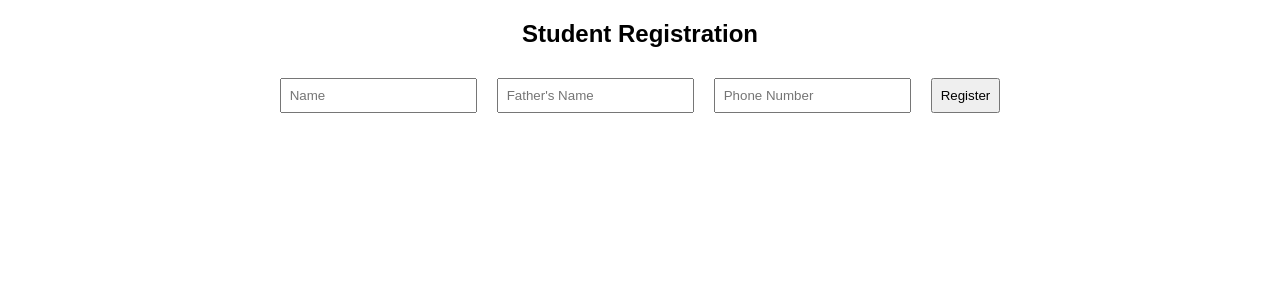
Repository: pripriya09/StudentID-Card-Download
Page: / (app in frontend/)
These files come from the project's save history. The page is drawn as it stood at one moment and after the next save; the edit follows.
The browser window is 1280 px wide. The pictures show the whole page.
The project was rebuilt for these pictures with package versions that can differ from the ones it lists, and the page was loaded fresh each time. Also part of the build but not shown: frontend/vite.config.js.

Above is the page before, as saved 2025-01-07 11:57:06.

### frontend/src/main.jsx
import React from 'react'
import ReactDOM from 'react-dom/client'
// import App from './App'
// import './index.css'
import Form from './Form.jsx'
// import IDCardForm from './copy form/IDCardForm.jsx'

ReactDOM.createRoot(document.getElementById('root')).render(
  <React.StrictMode>
    {/* <App /> */}
    <Form/>
    {/* <IDCardForm/> */}
  </React.StrictMode>,
)

### frontend/src/Form.jsx
import React, { useState } from "react";
import axios from "axios";
import "./App.css"
import jsPDF from "jspdf";
const Form = () => {
  const [formData, setFormData] = useState({
    name: "",
    fatherName: "",
    phoneNumber: "",
  });
  const [registrationNumber, setRegistrationNumber] = useState("");
  const [studentData, setStudentData] = useState(null);


  const handleSubmit = async (e) => {
    e.preventDefault();

    try {

      const response = await axios.post("http://localhost:6009/api/students", formData);
      const result = response.data;


      setStudentData({
        ...formData,
        registrationNumber: result.registrationNumber,
      });


      setFormData({
        name: "",
        fatherName: "",
        phoneNumber: "",
      });
    } catch (error) {
      console.error("Error sending data:", error);
    }
  };

  const handleChange = (e) => {
    setFormData({ ...formData, [e.target.name]: e.target.value });
  };


//   const handleSearch = async (e) => {
//     e.preventDefault();

//     try {
//       const response = await axios.get(`http://localhost:6009/api/students/${registrationNumber}`);
//       const result = response.data;


//       if (result) {
//         setStudentData(result);
//       } else {
//         alert("Student not found!");
//       }

//       setRegistrationNumber("");
//     } catch (error) {
//       console.error("Error fetching data:", error);
//     }
//   };

//  const handleDownload = () => {
//     if (studentData) {
//       const fileData = JSON.stringify(studentData, null, 2);
//       const blob = new Blob([fileData], { type: "application/json" });
//       const link = document.createElement("a");
//       link.href = URL.createObjectURL(blob);
//       link.download = `${studentData.registrationNumber}_ID_Card.json`; // Filename based on registration number
//       link.click();

//       setFormData({
//         name: "",
//         fatherName: "",
//         phoneNumber: "",
//       });
//       setStudentData(null);
//     }
//   };

  const handleDownloadtext = () => {
    if (studentData) {

      const fileData = `
        Name: ${studentData.name}
        Father's Name: ${studentData.fatherName}
        Phone Number: ${studentData.phoneNumber}
        Registration Number: ${studentData.registrationNumber}`;
      const blob = new Blob([fileData], { type: "text/plain" });

      const link = document.createElement("a");
      link.href = URL.createObjectURL(blob);
      link.download = `${studentData.registrationNumber}_ID_Card.txt`;
      link.click();

      setFormData({
        name: "",
        fatherName: "",
        phoneNumber: "",
      });
      setStudentData(null);
    }
  };


  function handleDownloadPDF() {
    if (studentData) {
      let PDFdocument = new jsPDF();
      const studentInfo = `
        Student ID Card
        Name: ${studentData.name}
        Father's Name: ${studentData.fatherName}
        Phone: ${studentData.phoneNumber}
        Registration Number: ${studentData.registrationNumber}
      `;

      PDFdocument.text(studentInfo, 10, 10);
      PDFdocument.save(`${studentData.registrationNumber}_ID_Card.pdf`);
      PDFdocument = null;
    }
  }

  return (
    <div className="App">
      <h2>Student Registration</h2>
<div className="leftside">

</div>

      <form onSubmit={handleSubmit}>
        <input
          type="text"
          name="name"
          placeholder="Name"
          value={formData.name}
          onChange={handleChange}
          required
        />
        <input
          type="text"
          name="fatherName"
          placeholder="Father's Name"
          value={formData.fatherName}
          onChange={handleChange}
          required
        />
        <input
          type="tel"
          name="phoneNumber"
          placeholder="Phone Number"
          value={formData.phoneNumber}
          onChange={handleChange}
          required
        />
        <button type="submit">Register</button>
      </form>


      {/* <h2>Search by Registration Number</h2>
      <form onSubmit={handleSearch}>
        <input
          type="text"
          placeholder="Enter Registration Number"
          value={registrationNumber}
          onChange={(e) => setRegistrationNumber(e.target.value)}
          required
        />
        <button type="submit">Search</button>
      </form> */}
{/* --------------------------------------------------display data -->> */}
      {studentData && (
        <div className="id-card">
          <h3>ID Card</h3>
          <p>Name: {studentData.name}</p>
          <p>Father's Name: {studentData.fatherName}</p>
          <p>Phone Number: {studentData.phoneNumber}</p>
          <p>Registration Number: {studentData.registrationNumber}</p>
          {/* <button onClick={handleDownload}>Download ID Card</button> */}
           <button onClick={handleDownloadtext}>Download Card In txtfile</button>
           <button onClick={handleDownloadPDF}>Download Card In PDF</button>
        </div>
      )}
    </div>
  );
};

export default Form;

### frontend/src/App.css
.App {
  text-align: center;
  font-family: Arial, sans-serif;
}

form input, form button {
  margin: 10px;
  padding: 8px;
}

.id-card {
  border: 1px solid #ccc;
  padding: 15px;
  width: 300px;
  margin: 20px auto;
}

Loaded but not shown: frontend/index.html (common file)

After the next save:
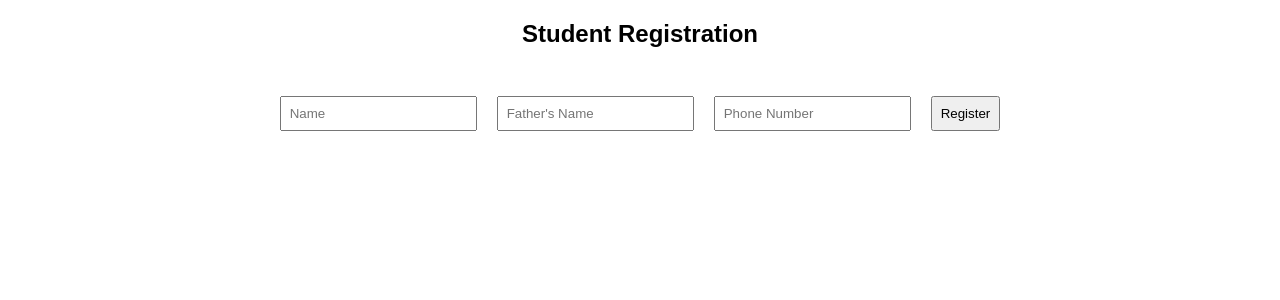
Saved 7 s later.
--- a/frontend/src/Form.jsx
+++ b/frontend/src/Form.jsx
@@ -126,7 +126,7 @@
     <div className="App">
       <h2>Student Registration</h2>
 <div className="leftside">
-
+  <img src="" alt="" />
 </div>
 
       <form onSubmit={handleSubmit}>

After the save that followed:
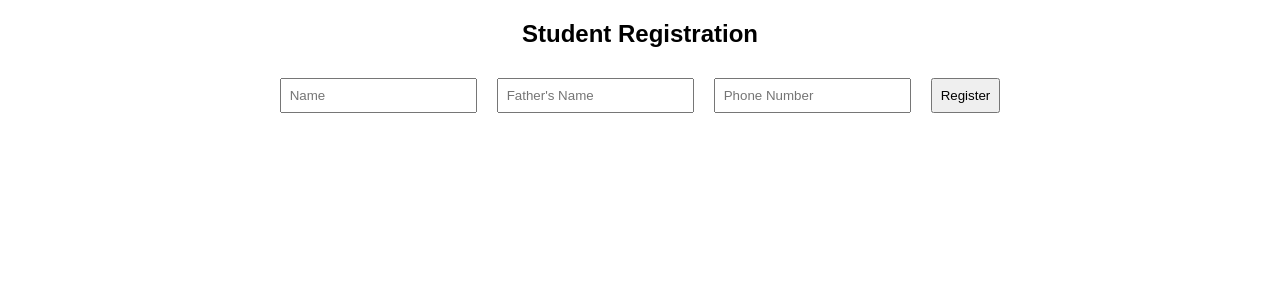
Saved 7 s later.
--- a/frontend/src/Form.jsx
+++ b/frontend/src/Form.jsx
@@ -126,7 +126,7 @@
     <div className="App">
       <h2>Student Registration</h2>
 <div className="leftside">
-  <img src="" alt="" />
+
 </div>
 
       <form onSubmit={handleSubmit}>
